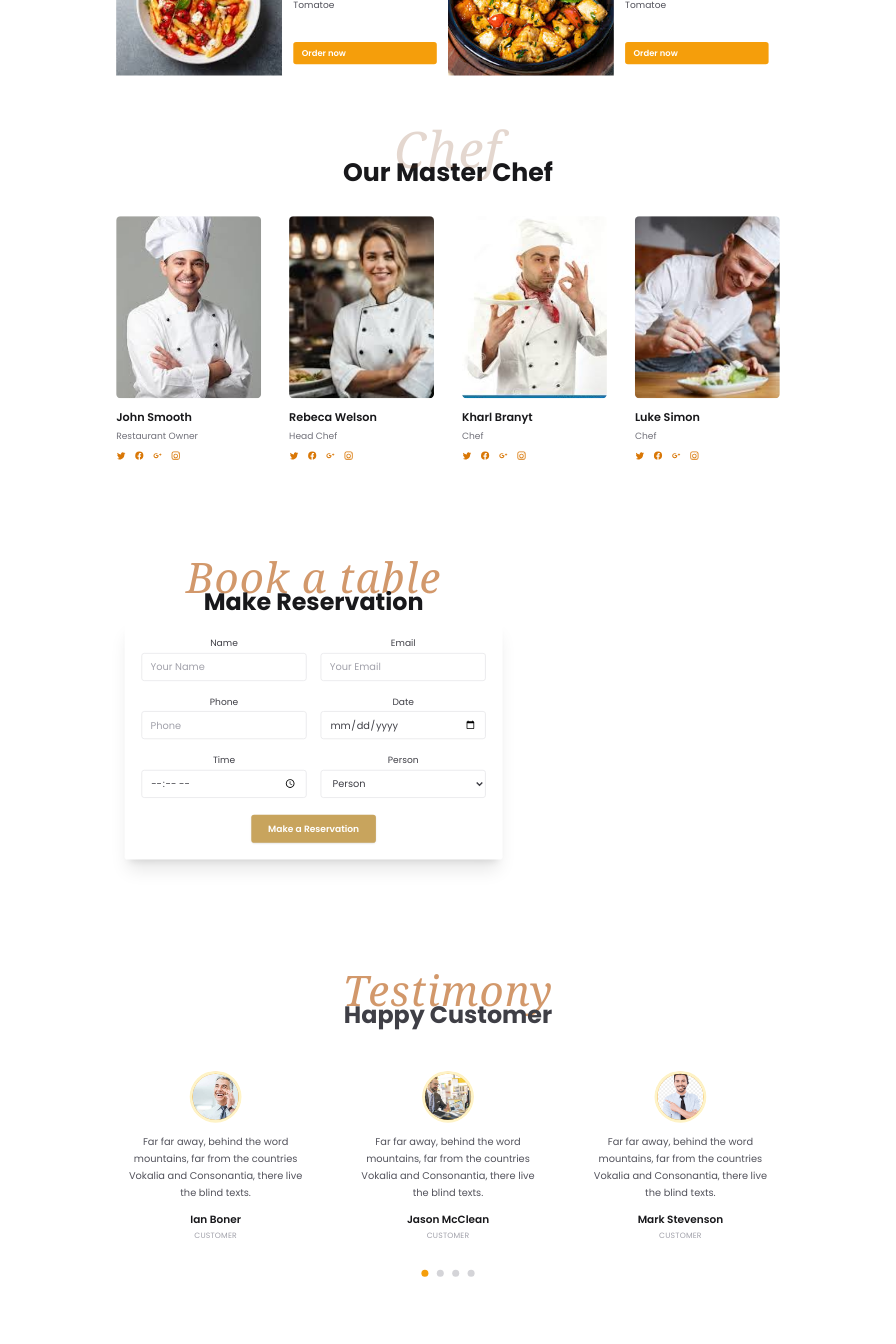
Repository: Purniagithub/Benttacproject
Page: /
The author's editor kept a copy of each file at every save. The page is drawn from the files as they stood at one save, then again after a run of saves.
The browser window is 1280 px wide. The pictures show the part of the page from y = 2357 to 4277 px (the page is 4277 px tall), at 70% of full size.
Some web fonts or font styles are not loaded; a fallback is used. The project was rebuilt for these pictures with package versions that can differ from the ones it lists, and the page was loaded fresh each time. Also part of the build but not shown: vite.config.js.

Above is the page before, as saved 2025-08-21 20:10:34.

### index.html
<!doctype html>
<html lang="en">
  <head>
    <meta charset="UTF-8" />
    <link rel="icon" type="image/svg+xml" href="/vite.svg" />
    <link href="https://fonts.googleapis.com/css2?family=Playfair+Display:ital,wght@1,500&family=Poppins:wght@400;600;700&display=swap" rel="stylesheet">
    <link rel="preconnect" href="https://fonts.gstatic.com" crossorigin>
<link href="https://fonts.googleapis.com/css2?family=Playfair+Display:ital,wght@1,400;1,600&display=swap" rel="stylesheet">

    <meta name="viewport" content="width=device-width, initial-scale=1.0" />
    <title>Vite + React</title>
  </head>
  <body>
    <div id="root"></div>
    <script type="module" src="/src/main.jsx"></script>
  </body>
</html>

### src/App.jsx
import React from "react";
import Navbar from "./components/Navbar";
import Hero from "./components/Hero";

function App() {
  return (
    <div className="font-poppins">
      <Navbar />
      <Hero />
    </div>
  );
}

export default App;

### src/components/Navbar.jsx
import React from "react";

const Navbar = () => {
  return (
    <header className="absolute top-0 left-0 w-full z-50">
      {/* Top bar */}
      <div className="flex justify-between items-center bg-black bg-opacity-70 text-white text-sm px-6 py-2">
        <div className="flex space-x-6">
          <span>📞 +1235 2355 98</span>
          <span>✉️ youremail@email.com</span>
        </div>
        <span>Open hours: Monday - Sunday 8:00AM - 9:00PM</span>
      </div>

      {/* Main Navbar */}
      <nav className="flex justify-between items-center bg-black bg-opacity-60 text-white px-8 py-4">
        <h1 className="text-xl font-bold">Feliciano</h1>
        <ul className="flex space-x-8 font-medium">
          <li><a href="#" className="hover:text-yellow-400">Home</a></li>
          <li><a href="#" className="hover:text-yellow-400">About</a></li>
          <li><a href="#" className="hover:text-yellow-400">Menu</a></li>
          <li><a href="#" className="hover:text-yellow-400">Stories</a></li>
          <li><a href="#" className="hover:text-yellow-400">Contact</a></li>
        </ul>
        <button className="bg-yellow-600 hover:bg-yellow-700 px-5 py-2 rounded text-black font-semibold">
          Book a table
        </button>
      </nav>
    </header>
  );
};

export default Navbar;

### src/components/Hero.jsx
import React from "react";
import AboutSection from "../components/AboutSection";
import CateringServices from "./CateringServices";
import MenuTightGrid from "../components/MenuTightGrid";
import MasterChef from "../components/MasterChef";
import ReservationTestimonials from "../components/ReservationTestimonials";
const dishes = [
  { id: 1, name: "Grilled Beef with potatoes", desc: "Meat, Potatoes, Rice, Tomato", img: "/dish-1.jpeg" },
  { id: 2, name: "Grilled Beef with potatoes", desc: "Meat, Potatoes, Rice, Tomato", img: "/dish-2.jpeg" },
  { id: 3, name: "Grilled Beef with potatoes", desc: "Meat, Potatoes, Rice, Tomato", img: "/dish-3.jpeg" },
  { id: 4, name: "Grilled Beef with potatoes", desc: "Meat, Potatoes, Rice, Tomato", img: "/dish-4.jpeg" },
];

const Hero = () => {
  return (
    <>
    <section
      className="relative h-[80vh] bg-cover bg-center flex flex-col justify-center items-center text-white px-4"
      style={{ backgroundImage: "url('/img-4.jpeg')" }}
    >
      {/* Dark overlay */}
      <div className="absolute inset-0 bg-black/70"></div>

      {/* Headings */}
      <div className="relative z-10 text-center mt-20 md:mt-32 lg:mt-40">
        <h2 className="text-3xl md:text-4xl lg:text-5xl font-serif italic text-[#CDA45E]">
          Feliciano
        </h2>
        <h1 className="text-4xl md:text-5xl lg:text-7xl font-extrabold tracking-wide mt-3 md:mt-4 uppercase">
          Best Restaurant
        </h1>
      </div>

      {/* Dish Cards */}
      <div className="relative z-10 grid grid-cols-1 sm:grid-cols-2 md:grid-cols-4 gap-10 md:gap-16 lg:gap-20 mt-16 md:mt-24 lg:mt-32">
        {dishes.map((dish) => (
          <div key={dish.id} className="text-center max-w-[220px] mx-auto">
            <img
              src={dish.img}
              alt={dish.name}
              className="w-24 h-24 md:w-28 md:h-28 object-cover rounded-full mx-auto border-4 border-white shadow-lg"
            />
            <h3 className="mt-3 font-semibold text-base md:text-lg whitespace-nowrap">
              {dish.name}
            </h3>
            <p className="text-xs md:text-sm text-gray-300">{dish.desc}</p>
          </div>
        ))}
      </div>
    </section>
     {/* Other sections */}
     <AboutSection />
     <CateringServices />
     <MenuTightGrid tileHeight={210} containerWidth={980} />
     <MasterChef />
     <ReservationTestimonials />

</>
  );
};

export default Hero;

### src/components/AboutSection.jsx
// src/components/AboutSection.jsx
import React from "react";

export default function AboutSection() {
  return (
    <section className="w-full bg-white py-16">
      <div className="max-w-5xl mx-auto text-center">
        {/* Top Grid (Images + Content) */}
        <div className="grid grid-cols-1 lg:grid-cols-2 gap-8 items-center">
          {/* Left Images */}
          <div className="flex justify-center gap-4">
            <img
              src="/chef-1.jpeg"
              alt="Chef serving"
              className="shadow-md object-cover h-[280px] w-[180px]"
            />
            <img
              src="/chef-5.jpeg"
              alt="Cooking food"
              className="shadow-md object-cover h-[280px] w-[180px] mt-8"
            />
          </div>

          {/* Right Content */}
          <div className="text-left lg:text-left">
            <h3 className="text-lg font-serif italic text-[#CDA45E] relative mb-2">
              <span className="absolute -left-6 top-0 text-5xl text-gray-200 opacity-40">
                About
              </span>
              About Us
            </h3>
            <h2 className="text-4xl font-bold text-gray-900 mb-4 tracking-wide">
              Feliciano Restaurant
            </h2>
            <p className="text-gray-600 mb-4 leading-relaxed">
              A small river named Duden flows by their place and supplies it
              with the necessary regelialia. It is a paradisematic country, in
              which roasted parts of sentences fly into your mouth.
            </p>

            <p className="text-gray-700 mb-2">
              Mon - Fri <span className="font-bold">8 AM - 11 PM</span>
            </p>
            <p className="text-2xl font-bold text-[#CDA45E]">
              +1-978-123-4567
            </p>
          </div>
        </div>

        {/* Stats Section */}
        <div className="grid grid-cols-2 sm:grid-cols-5 gap-4 mt-16 pt-10">
          <div className="text-center">
            <h4 className="text-3xl font-bold text-[#CDA45E]">18</h4>
            <p className="text-sm text-gray-600">Years of Experience</p>
          </div>
          <div className="text-center">
            <h4 className="text-3xl font-bold text-[#CDA45E]">100</h4>
            <p className="text-sm text-gray-600">Menus/Dish</p>
          </div>
          <div className="text-center">
            <h4 className="text-3xl font-bold text-[#CDA45E]">50</h4>
            <p className="text-sm text-gray-600">Staffs</p>
          </div>
          <div className="text-center">
            <h4 className="text-3xl font-bold text-[#CDA45E]">15,000</h4>
            <p className="text-sm text-gray-600">Happy Customers</p>
          </div>
          <div className="text-center text-xs line-clamp-5">
            <p className="text-xs text-gray-600">A small river named Duden flows by their place and supplies it
              with the necessary regelialia. It is a paradisematic country, in
              which roasted parts of sentences fly into your mouth.</p>
          </div>
        </div>
      </div>
    </section>
  );
}

### src/components/CateringServices.jsx
import React from "react";

function IconCake(props) {
  return (
    <svg viewBox="0 0 24 24" aria-hidden="true" {...props}>
      <g fill="none" stroke="currentColor" strokeWidth="1.6" strokeLinecap="round" strokeLinejoin="round">
        <path d="M12 3v3" />
        <path d="M9 6a3 3 0 1 0 6 0" />
        <path d="M6 12h12" />
        <path d="M6 12v7a2 2 0 0 0 2 2h8a2 2 0 0 0 2-2v-7" />
      </g>
    </svg>
  );
}

function IconMeeting(props) {
  return (
    <svg viewBox="0 0 24 24" aria-hidden="true" {...props}>
      <g fill="none" stroke="currentColor" strokeWidth="1.6" strokeLinecap="round" strokeLinejoin="round">
        <path d="M7 7h10M7 12h7" />
        <path d="M3 18a2 2 0 0 0 2 2h14a2 2 0 0 0 2-2V6a2 2 0 0 0-2-2H5a2 2 0 0 0-2 2z" />
      </g>
    </svg>
  );
}

function IconCloche(props) {
  return (
    <svg viewBox="0 0 24 24" aria-hidden="true" {...props}>
      <g fill="none" stroke="currentColor" strokeWidth="1.6" strokeLinecap="round" strokeLinejoin="round">
        <path d="M12 7a1.5 1.5 0 1 0 0-3 1.5 1.5 0 0 0 0 3z" />
        <path d="M4 16a8 8 0 1 1 16 0" />
        <path d="M4 16h16" />
      </g>
    </svg>
  );
}

const cards = [
  {
    title: "Birthday Party",
    text:
      "Even the all‑powerful Pointing has no control about the blind texts it is an almost unorthographic.",
    Icon: IconCake,
  },
  {
    title: "Business Meetings",
    text:
      "Even the all‑powerful Pointing has no control about the blind texts it is an almost unorthographic.",
    Icon: IconMeeting,
  },
  {
    title: "Wedding Party",
    text:
      "Even the all‑powerful Pointing has no control about the blind texts it is an almost unorthographic.",
    Icon: IconCloche,
  },
];

export default function CateringServices({
  id = "services",
  heading = "Catering Services",
  accent = "Services",
}) {
  return (
    <section id={id} className="relative isolate bg-gray-50 py-24 sm:py-28">
      {/* Accent word behind heading */}
      <div aria-hidden className="pointer-events-none absolute inset-x-0 -top-1 sm:top-0 text-center">
        <span className="select-none font-serif italic tracking-wide text-amber-900/15 text-7xl sm:text-8xl md:text-[96px] leading-none">
          {accent}
        </span>
      </div>

      <div className="mx-auto max-w-[1200px] px-4">
        {/* Main heading */}
        <h2 className="text-center text-[34px] sm:text-[38px] md:text-[44px] font-extrabold tracking-tight text-zinc-900 -mt-12">
          {heading}
        </h2>

        {/* Cards */}
        <div className="mt-14 grid grid-cols-1 md:grid-cols-3 gap-12 md:gap-16">
          {cards.map(({ title, text, Icon }) => (
            <article key={title} className="text-center">
              <div className="mx-auto mb-6 flex h-16 w-16 items-center justify-center rounded-full bg-amber-50 ring-1 ring-amber-100 text-amber-600">
                <Icon className="h-8 w-8" />
              </div>
              <h3 className="text-[20px] font-semibold text-zinc-900">{title}</h3>
              <p className="mt-3 mx-auto max-w-[340px] text-[15px] leading-7 text-zinc-500">
                {text}
              </p>
            </article>
          ))}
        </div>
      </div>
    </section>
  );
}

### src/components/MenuTightGrid.jsx
import React from "react";

const tiles = [
  // Row 1
  { type: "image", src: "/dish-1.jpeg", alt: "Dish 1" },
  { type: "card",  title: "Grilled Beef\nwith potatoes", price: 29, lines: ["Meat, Potatoes, Rice,", "Tomatoe"] },
  { type: "image", src: "/dish-2.jpeg", alt: "Dish 2" },
  { type: "card",  title: "Grilled Beef\nwith potatoes", price: 29, lines: ["Meat, Potatoes, Rice,", "Tomatoe"] },
  // Row 2
  { type: "card",  title: "Grilled Beef\nwith potatoes", price: 29, lines: ["Meat, Potatoes, Rice,", "Tomatoe"] },
  { type: "image", src: "/dish-3.jpeg", alt: "Dish 3" },
  { type: "card",  title: "Grilled Beef\nwith potatoes", price: 29, lines: ["Meat, Potatoes, Rice,", "Tomatoe"] },
  { type: "image", src: "/dish-4.jpeg", alt: "Dish 5" },
  // Row 3
  { type: "image", src: "/dish-5.jpeg", alt: "Dish 6" },
  { type: "card",  title: "Grilled Beef\nwith potatoes", price: 29, lines: ["Meat, Potatoes, Rice,", "Tomatoe"] },
  { type: "image", src: "/dish-6.jpeg", alt: "Dish 6" },
  { type: "card",  title: "Grilled Beef\nwith potatoes", price: 29, lines: ["Meat, Potatoes, Rice,", "Tomatoe"] },
];

function Price({ value }) {
  return <span className="text-[16px] font-semibold text-amber-600">{`$${value}`}</span>;
}

function OrderBtn() {
  return (
    <button className="inline-flex h-8 items-center rounded bg-amber-500 px-3 text-xs font-semibold text-white hover:bg-amber-600">
      Order now
    </button>
  );
}

function Card({ title, price, lines }) {
  return (
    // NO outer padding or margin; fill the grid cell entirely
    <div className="h-full w-full bg-white">
      {/* Internal spacing for the card content only */}
      <article className="flex h-full w-full flex-col justify-between p-4">
        <div>
          <div className="flex items-start justify-between gap-3">
            <h3 className="whitespace-pre-line text-[16px] font-semibold leading-6 text-zinc-900">
              {title}
            </h3>
            <Price value={price} />
          </div>
          <ul className="mt-2 space-y-0.5 text-[13px] leading-6 text-zinc-600">
            {lines.map((t, i) => (
              <li key={i}>{t}</li>
            ))}
          </ul>
        </div>
        <OrderBtn />
      </article>
    </div>
  );
}

function TileImage({ src, alt }) {
  return (
    // NO padding/margin; image covers the tile
    <div className="h-full w-full">
      <img src={src} alt={alt} className="h-full w-full object-cover" loading="lazy" />
    </div>
  );
}

export default function MenuTightGrid({
  id = "menu",
  heading = "Our Menu",
  accent = "Specialties",
  data = tiles,
  // Adjust these two to tune exact size
  tileHeight = 210,      // each tile’s fixed height (px)
  containerWidth = 980,  // overall section width (px)
}) {
  return (
    <section id={id} className="relative isolate bg-white py-14">
      {/* Accent script word behind heading */}
      <div aria-hidden className="pointer-events-none absolute inset-x-0 top-1 text-center">
        <span className="select-none font-serif italic text-[60px] md:text-[72px] leading-none tracking-wide text-amber-900/20">
          {accent}
        </span>
      </div>

      <div className="mx-auto px-4" style={{ maxWidth: `${containerWidth}px` }}>
        <h2 className="text-center text-[30px] md:text-[34px] font-extrabold leading-tight text-zinc-900 -mt-2">
          {heading}
        </h2>

        {/* 4-column grid — zero gap, zero padding */}
        <div className="mt-8 grid grid-cols-4 gap-0">
          {data.map((t, i) => (
            <div key={i} className="m-0 p-0" style={{ height: `${tileHeight}px` }}>
              {t.type === "card" ? (
                <Card title={t.title} price={t.price} lines={t.lines} />
              ) : (
                <TileImage src={t.src} alt={t.alt} />
              )}
            </div>
          ))}
        </div>
      </div>
    </section>
  );
}

### src/components/ReservationTestimonials.jsx
import React from "react";

// Placeholder image paths
const AV1 = "/customer-1.jpeg";
const AV2 = "/customer-2.jpeg";
const AV3 = "/customer-3.png";

/**
 * Renders the large, italicized accent text for section headers.
 */
function Accent({ text, className = "" }) {
  return (
    <div
      aria-hidden
      className={`pointer-events-none absolute inset-x-0 -top-10 text-center ${className}`}
    >
      <span className="select-none font-serif italic text-amber-700/60 leading-none tracking-wide text-[52px] sm:text-[60px]">
        {text}
      </span>
    </div>
  );
}

/** Input field */
function Input({ placeholder, type = "text" }) {
  return (
    <input
      type={type}
      placeholder={placeholder}
      className="h-10 w-full rounded border border-zinc-200 bg-white px-3 text-[14px] text-zinc-700 outline-none placeholder:text-zinc-400 focus:border-amber-400"
    />
  );
}

/** Select dropdown */
function Select({ placeholder }) {
  return (
    <select
      className="h-10 w-full rounded border border-zinc-200 bg-white px-3 text-[14px] text-zinc-700 outline-none focus:border-amber-400"
      defaultValue=""
    >
      <option value="" disabled>
        {placeholder}
      </option>
      <option>1 Person</option>
      <option>2 Person</option>
      <option>3 Person</option>
      <option>4 Person</option>
      <option>5+ Person</option>
    </select>
  );
}

/** Reservation form card */
function ReservationCard() {
  return (
    <div className="relative w-[540px] max-w-[92vw] rounded bg-white p-6 shadow-xl">
      <div className="grid grid-cols-2 gap-5">
        <div>
          <label className="mb-1 block text-[13px] font-medium text-zinc-700">
            Name
          </label>
          <Input placeholder="Your Name" />
        </div>
        <div>
          <label className="mb-1 block text-[13px] font-medium text-zinc-700">
            Email
          </label>
          <Input type="email" placeholder="Your Email" />
        </div>

        <div>
          <label className="mb-1 block text-[13px] font-medium text-zinc-700">
            Phone
          </label>
          <Input placeholder="Phone" />
        </div>
        <div>
          <label className="mb-1 block text-[13px] font-medium text-zinc-700">
            Date
          </label>
          <Input type="date" />
        </div>

        <div>
          <label className="mb-1 block text-[13px] font-medium text-zinc-700">
            Time
          </label>
          <Input type="time" />
        </div>
        <div>
          <label className="mb-1 block text-[13px] font-medium text-zinc-700">
            Person
          </label>
          <Select placeholder="Person" />
        </div>
      </div>

      <div className="mt-6 flex justify-center">
        <button className="h-10 rounded bg-[#C8A45D] px-6 text-[13px] font-semibold text-white shadow hover:bg-[#b28d4f]">
          Make a Reservation
        </button>
      </div>
    </div>
  );
}

/** Testimonial card */
function TestiCard({ img, name, role, text }) {
  return (
    <article className="shrink-0 snap-center text-center">
      <div className="mx-auto mb-4 h-[72px] w-[72px] rounded-full bg-amber-500 p-[3px]">
        <div className="h-full w-full overflow-hidden rounded-full ring-4 ring-amber-100">
          <img src={img} alt={name} className="h-full w-full object-cover" />
        </div>
      </div>
      <p className="mx-auto mb-4 max-w-[260px] text-[14px] leading-6 text-zinc-600">
        {text}
      </p>
      <h4 className="text-[15px] font-semibold text-zinc-900">{name}</h4>
      <p className="mt-1 text-[11px] uppercase tracking-wide text-zinc-400">
        {role}
      </p>
    </article>
  );
}

/** Main Section */
export default function ReservationTestimonials() {
  return (
    <section className="bg-white">
      {/* Reservation Section */}
      <div
        className="relative"
        style={{
          backgroundImage: `url('/dish-13.jpg')`,
          backgroundSize: "cover",
          backgroundPosition: "center",
        }}
      >
        </div>
        {/*
        <div className="relative inset-0 bg-black/30" />
        <div className="relative mx-auto max-w-[1080px] px-4 py-20 sm:py-20">
          {/* Text on top
          <div className="relative mb-1">
            <Accent  text="Book a table" />
            <h2 className="relative text-center sm:text-left text-[36px] sm:text-[38px] font-extrabold text-white">
              Make Reservation
            </h2>
          </div>}

          {/* Form aligned left */}
          <div className="relative flex justify-start -mt-4">
          <div className="relative mx-auto max-w-[980px] px-4 py-20 sm:py-24">
        <div className="relative text-center mb-1 -ml-96">
          <Accent text="Book a table" />
          <h2 className="relative text-[30px] sm:text-[34px] font-bold text-zinc-900">
            Make Reservation
          </h2>
            <ReservationCard />
          </div>
        </div>
      </div>

      {/* Testimonials */}
      <div className="relative mx-auto max-w-[980px] px-4 py-20 sm:py-24">
        <div className="relative text-center mb-14">
          <Accent text="Testimony" />
          <h2 className="relative text-[30px] sm:text-[34px] font-bold text-zinc-700">
            Happy Customer
          </h2>
        </div>

        {/* Cards scrollable */}
        <div className="flex snap-x snap-mandatory gap-12 overflow-x-auto sm:grid sm:grid-cols-3 sm:overflow-x-hidden">
          <TestiCard
            img={AV1}
            name="Ian Boner"
            role="Customer"
            text="Far far away, behind the word mountains, far from the countries Vokalia and Consonantia, there live the blind texts."
          />
          <TestiCard
            img={AV2}
            name="Jason McClean"
            role="Customer"
            text="Far far away, behind the word mountains, far from the countries Vokalia and Consonantia, there live the blind texts."
          />
          <TestiCard
            img={AV3}
            name="Mark Stevenson"
            role="Customer"
            text="Far far away, behind the word mountains, far from the countries Vokalia and Consonantia, there live the blind texts."
          />
        </div>

        {/* Dots */}
        <div className="mt-10 flex justify-center gap-3">
          <span className="h-2.5 w-2.5 rounded-full bg-amber-500" />
          <span className="h-2.5 w-2.5 rounded-full bg-zinc-300" />
          <span className="h-2.5 w-2.5 rounded-full bg-zinc-300" />
          <span className="h-2.5 w-2.5 rounded-full bg-zinc-300" />
        </div>
      </div>
    </section>
  );
}

Loaded but not shown: src/main.jsx (common file); src/index.css (common file); tailwind.config.js (15 lines, source omitted); src/components/MasterChef.jsx (111 lines, source omitted)

After the next 2 saves:
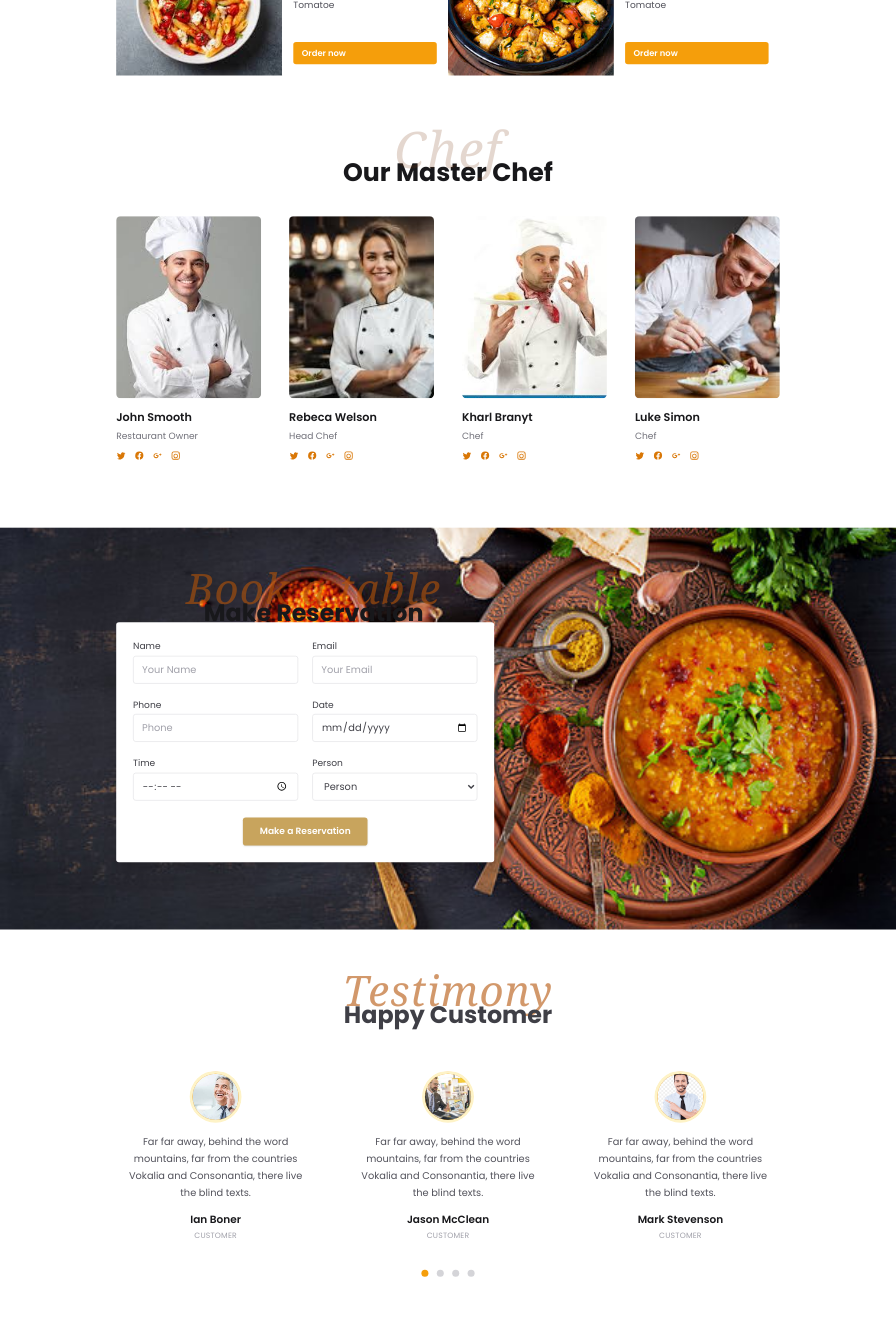
The 2 saves are shown as one change because 1 did not build or start.
The last was saved 32 s later.
--- a/src/components/ReservationTestimonials.jsx
+++ b/src/components/ReservationTestimonials.jsx
@@ -138,7 +138,13 @@ export default function ReservationTestimonials() {
           backgroundPosition: "center",
         }}
       >
-        </div>
+         <div className="relative mx-auto max-w-[980px] px-4 py-20 sm:py-24">
+        <div className="relative text-center mb-1 -ml-96">
+          <Accent text="Book a table" />
+          <h2 className="relative text-[30px] sm:text-[34px] font-bold text-zinc-900">
+            Make Reservation
+          </h2>
+</div>
         {/*
         <div className="relative inset-0 bg-black/30" />
         <div className="relative mx-auto max-w-[1080px] px-4 py-20 sm:py-20">
@@ -152,12 +158,6 @@ export default function ReservationTestimonials() {
 
           {/* Form aligned left */}
           <div className="relative flex justify-start -mt-4">
-          <div className="relative mx-auto max-w-[980px] px-4 py-20 sm:py-24">
-        <div className="relative text-center mb-1 -ml-96">
-          <Accent text="Book a table" />
-          <h2 className="relative text-[30px] sm:text-[34px] font-bold text-zinc-900">
-            Make Reservation
-          </h2>
             <ReservationCard />
           </div>
         </div>
